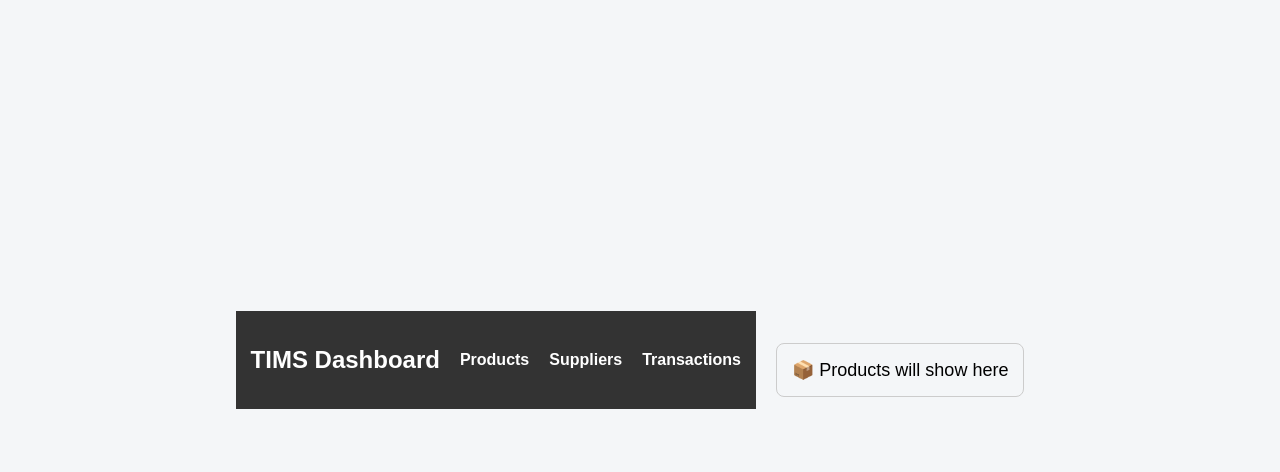
Repository: Soundaryalakshmi2005/Telecom-Management-System
Page: tims-frontends/src/main/webapp/dashboard.html
These files come from the project's save history. The page is drawn as it stood at one moment and after the next save; the edit follows.
The browser window is 1280 px wide. The pictures show the whole page.

Above is the page before, as saved 2025-08-23 14:47:31.

### tims-frontends/src/main/webapp/dashboard.html
<!DOCTYPE html>
<html lang="en">
<head>
  <meta charset="UTF-8">
  <title>TIMS Dashboard</title>
  <link rel="stylesheet" href="css/style.css">
</head>
<body>
  <!-- Navbar -->
  <nav class="navbar">
    <h2>TIMS Dashboard</h2>
    <ul>
      <li><a href="#" id="productsTab">Products</a></li>
      <li><a href="#" id="suppliersTab">Suppliers</a></li>
      <li><a href="#" id="transactionsTab">Transactions</a></li>
    </ul>
  </nav>

  <!-- Main Content -->
  <div class="content">
    <section id="productsSection" class="section">📦 Products will show here</section>
    <section id="suppliersSection" class="section hidden">🏭 Suppliers will show here</section>
    <section id="transactionsSection" class="section hidden">🔄 Transactions will show here</section>
  </div>

  <script src="js/dashboard.js"></script>
</body>
</html>

### tims-frontends/src/main/webapp/css/style.css
body {
  font-family: Arial, sans-serif;
  background-color: #f4f6f8;
  display: flex;
  justify-content: center;
  align-items: center;
  height: 100vh;
  margin: 0;
}

.login-container {
  background: white;
  padding: 30px;
  border-radius: 12px;
  box-shadow: 0 4px 12px rgba(0,0,0,0.1);
  width: 300px;
  text-align: center;
}

.login-container h2 {
  margin-bottom: 20px;
  color: #333;
}

.login-container input {
  width: 100%;
  padding: 10px;
  margin: 8px 0;
  border: 1px solid #ccc;
  border-radius: 8px;
}

.login-container button {
  width: 100%;
  padding: 10px;
  background-color: #28a745;
  color: white;
  border: none;
  border-radius: 8px;
  cursor: pointer;
  margin-top: 10px;
}

.login-container button:hover {
  background-color: #218838;
}

.error {
  color: red;
  margin-top: 10px;
}

/* Navbar */
.navbar {
  background-color: #333;
  padding: 15px;
  color: white;
  display: flex;
  justify-content: space-between;
  align-items: center;
}

.navbar ul {
  list-style: none;
  margin: 0;
  padding: 0;
  display: flex;
}

.navbar li {
  margin-left: 20px;
}

.navbar a {
  color: white;
  text-decoration: none;
  font-weight: bold;
}

.navbar a:hover {
  text-decoration: underline;
}

/* Sections */
.content {
  padding: 20px;
}

.section {
  margin-top: 20px;
  font-size: 18px;
  padding: 15px;
  border: 1px solid #ccc;
  border-radius: 8px;
}

.hidden {
  display: none;
}

### tims-frontends/src/main/webapp/js/dashboard.js
document.addEventListener("DOMContentLoaded", function () {
  const productsTab = document.getElementById("productsTab");
  const suppliersTab = document.getElementById("suppliersTab");
  const transactionsTab = document.getElementById("transactionsTab");

  const productsSection = document.getElementById("productsSection");
  const suppliersSection = document.getElementById("suppliersSection");
  const transactionsSection = document.getElementById("transactionsSection");

  function showSection(sectionToShow) {
    [productsSection, suppliersSection, transactionsSection].forEach(section => {
      section.classList.add("hidden");
    });
    sectionToShow.classList.remove("hidden");
  }

  productsTab.addEventListener("click", () => showSection(productsSection));
  suppliersTab.addEventListener("click", () => showSection(suppliersSection));
  transactionsTab.addEventListener("click", () => showSection(transactionsSection));
});

After the next save:
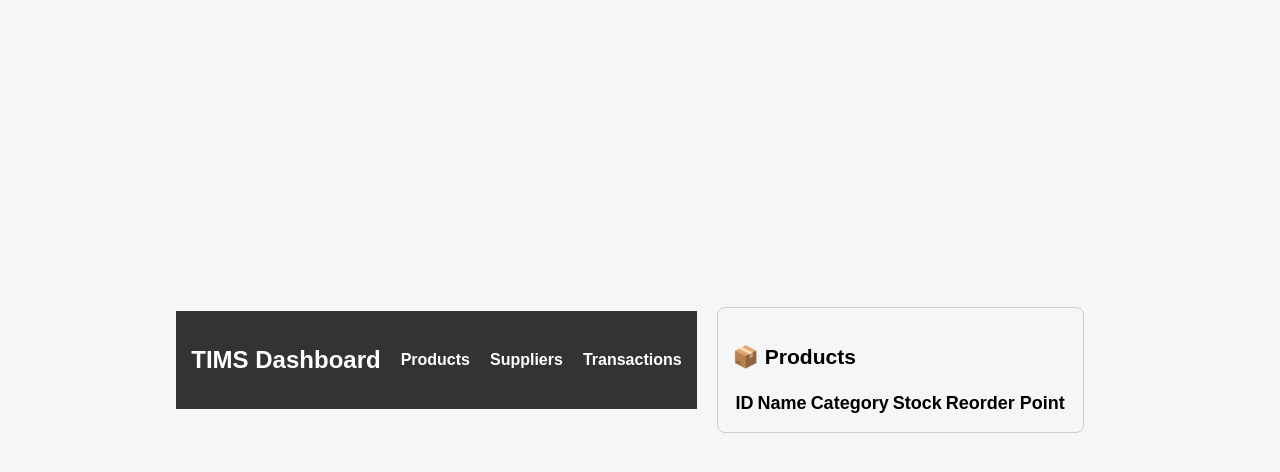
Saved 2 min 4 s later.
--- a/tims-frontends/src/main/webapp/dashboard.html
+++ b/tims-frontends/src/main/webapp/dashboard.html
@@ -18,9 +18,55 @@
 
   <!-- Main Content -->
   <div class="content">
-    <section id="productsSection" class="section">📦 Products will show here</section>
-    <section id="suppliersSection" class="section hidden">🏭 Suppliers will show here</section>
-    <section id="transactionsSection" class="section hidden">🔄 Transactions will show here</section>
+    <!-- Products -->
+    <section id="productsSection" class="section">
+      <h3>📦 Products</h3>
+      <table id="productsTable">
+        <thead>
+          <tr>
+            <th>ID</th>
+            <th>Name</th>
+            <th>Category</th>
+            <th>Stock</th>
+            <th>Reorder Point</th>
+          </tr>
+        </thead>
+        <tbody></tbody>
+      </table>
+    </section>
+
+    <!-- Suppliers -->
+    <section id="suppliersSection" class="section hidden">
+      <h3>🏭 Suppliers</h3>
+      <table id="suppliersTable">
+        <thead>
+          <tr>
+            <th>ID</th>
+            <th>Name</th>
+            <th>Contact</th>
+            <th>Email</th>
+          </tr>
+        </thead>
+        <tbody></tbody>
+      </table>
+    </section>
+
+    <!-- Transactions -->
+    <section id="transactionsSection" class="section hidden">
+      <h3>🔄 Transactions</h3>
+      <table id="transactionsTable">
+        <thead>
+          <tr>
+            <th>ID</th>
+            <th>Product</th>
+            <th>Quantity</th>
+            <th>Type</th>
+            <th>Timestamp</th>
+          </tr>
+        </thead>
+        <tbody></tbody>
+      </table>
+    </section>
   </div>
 
   <script src="js/dashboard.js"></script>
